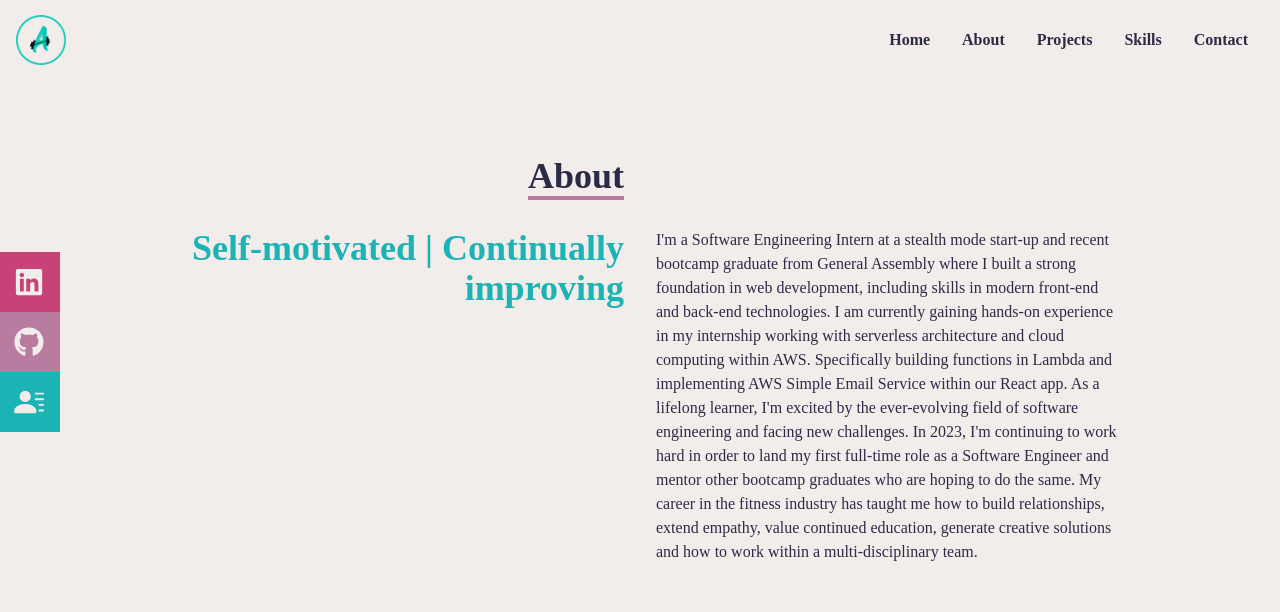
Repository: thecoachanna/Dev-Portfolio
Page: /about
The author's editor kept a copy of each file at every save. The page is drawn from the files as they stood at one save, then again after a run of saves.
The browser window is 1280 px wide. The pictures show the whole page.
The project was rebuilt for these pictures with package versions that can differ from the ones it lists, and the page was loaded fresh each time. Also part of the build but not shown: src/components/Home.jsx, src/components/Projects.jsx, src/components/Skills.jsx, src/components/Contact.jsx.

Above is the page before, as saved 2023-01-31 09:03:42.

After the next 4 saves:
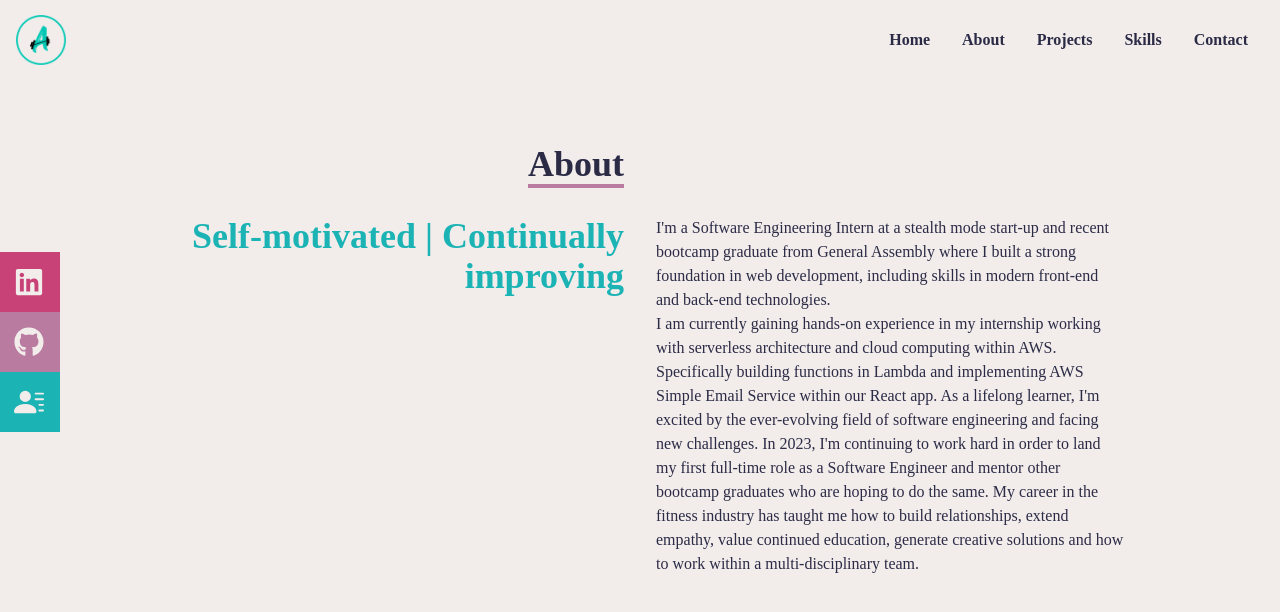
The 4 saves are shown as one change because 1 did not build or start and some came seconds apart.
The last was saved 31 s later.
--- a/src/components/About.jsx
+++ b/src/components/About.jsx
@@ -17,8 +17,8 @@ const About = () => {
                 <p>Self-motivated | Continually improving</p>
               </div>
               <div>
-              <p className='text-[#2b2b46]'>I'm a Software Engineering Intern at a stealth mode start-up and recent bootcamp graduate from General Assembly where I built a strong foundation in web development, including skills in modern front-end and back-end technologies.
-
+              <p className='text-[#2b2b46]'>I'm a Software Engineering Intern at a stealth mode start-up and recent bootcamp graduate from General Assembly where I built a strong foundation in web development, including skills in modern front-end and back-end technologies. </p>
+                <p>
 
 I am currently gaining hands-on experience in my internship working with serverless architecture and cloud computing within AWS. Specifically building functions in Lambda and implementing AWS Simple Email Service within our React app.
 
